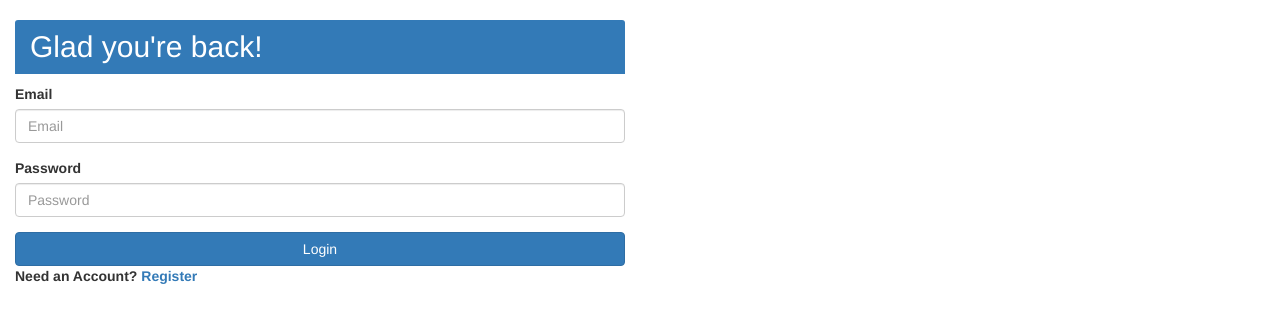
Repository: ronnydoan12345/Doan-ReimbursementProject
Page: org.revature.ERS/src/main/webapp/login.html
The author's editor kept a copy of each file at every save. The page is drawn from the files as they stood at one save, then again after the next save.
The browser window is 1280 px wide. The pictures show the whole page.

Above is the page before, as saved 2019-01-14 22:35:26.

After the next save:
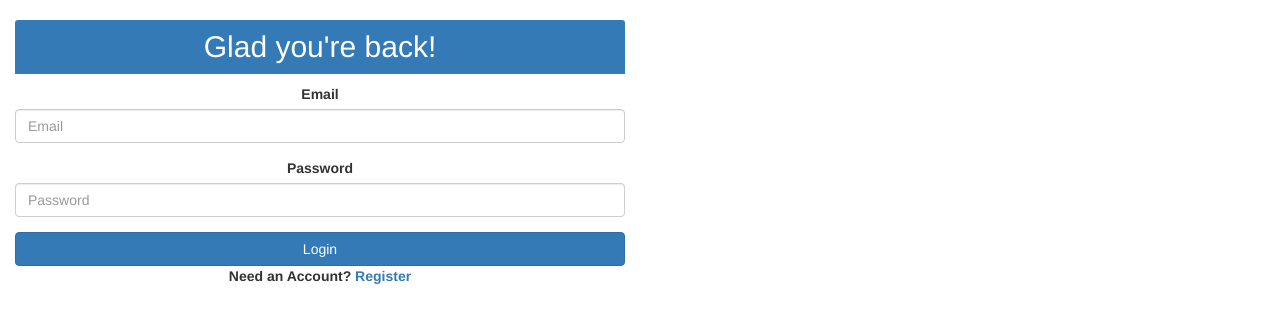
Saved 29 s later.
--- a/org.revature.ERS/src/main/webapp/login.html
+++ b/org.revature.ERS/src/main/webapp/login.html
@@ -16,7 +16,7 @@
 
 <body>
     <div id="container">
-        <form class="col-md-6" id="loginForm" name="loginForm">
+        <form class="col-md-6" style="text-align: center;" id="loginForm" name="loginForm">
             <div class="panel-primary">
                 <h2 class="loginCenter panel-heading">Glad you're back!</h2>
             </div>

After the save that followed:
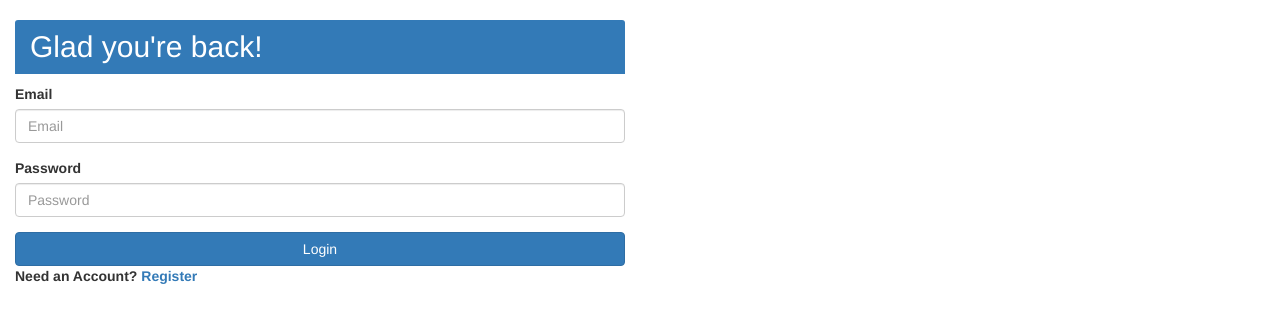
Saved 99 s later.
--- a/org.revature.ERS/src/main/webapp/login.html
+++ b/org.revature.ERS/src/main/webapp/login.html
@@ -16,7 +16,7 @@
 
 <body>
     <div id="container">
-        <form class="col-md-6" style="text-align: center;" id="loginForm" name="loginForm">
+        <form class="col-md-6" id="loginForm" name="loginForm">
             <div class="panel-primary">
                 <h2 class="loginCenter panel-heading">Glad you're back!</h2>
             </div>
